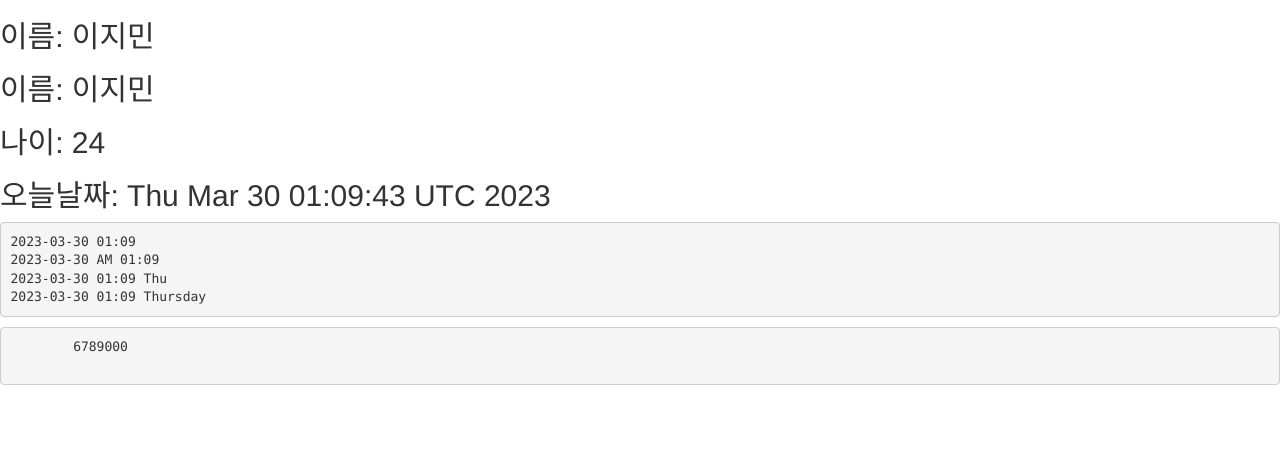
Repository: jungbee2/jungproject
Page: http://localhost/JstlProject/day0330/ex2_jstl_format.jsp
An editor plug-in stored every save of this project. The page is shown before and after a run of saves, followed by the edit.
The browser window is 1280 px wide. The pictures show the whole page.
Some web fonts or font styles are not loaded; a fallback is used. The page is served by Tomcat 9. Other server files are loaded and not shown.

Above is the page before, as saved 2023-03-30 01:33:01.

### JstlProject/src/main/webapp/day0330/ex2_jstl_format.jsp
<%@page import="java.util.Date"%>
<%@ page language="java" contentType="text/html; charset=utf-8"
	pageEncoding="utf-8"%>
<%@ taglib uri="http://java.sun.com/jsp/jstl/core" prefix="c"%>
<%@ taglib uri="http://java.sun.com/jsp/jstl/fmt" prefix="fmt"%>
<!DOCTYPE html>
<html>
<head>
<meta charset="utf-8">
<title>Insert title here</title>

<link
	href="https://fonts.googleapis.com/css2?family=Anton&family=Edu+VIC+WA+NT+Beginner:wght@600&family=Gamja+Flower&family=Single+Day&family=Jua&family=Nanum+Pen+Script&display=swap"
	rel="stylesheet">
<link rel="stylesheet"
	href="https://maxcdn.bootstrapcdn.com/bootstrap/3.4.1/css/bootstrap.min.css">
<script src="https://code.jquery.com/jquery-3.6.3.js"></script>

</head>

<body>
<!-- 변수선언 -->
<c:set var="name" value="이지민"></c:set>
<c:set var="age" value="24"></c:set>
<c:set var="today" value="<%=new Date() %>"/>

<!-- 변수출력 -->
<!-- c:out이 변수출력인데 생략가능 -->
<h2>이름: <c:out value="${name }"/></h2>
<h2>이름: ${name }</h2>
<h2>나이: ${age }</h2>
<h2>오늘날짜: ${today }</h2>

<!-- pattern을 이용한 fmt날짜 형식 -->
<pre>
<fmt:formatDate value="${today }" pattern="yyyy-MM-dd HH:mm"/>
<fmt:formatDate value="${today }" pattern="yyyy-MM-dd a hh:mm"/>
<fmt:formatDate value="${today }" pattern="yyyy-MM-dd HH:mm EEE"/>
<fmt:formatDate value="${today }" pattern="yyyy-MM-dd HH:mm EEEE"/>
</pre>

<c:set var="money" value="6789000"></c:set>
<c:set var="num1" value="123.45678"></c:set>

<!-- jstl에서의 숫자출력양식 -->
<pre>
	${money }

</pre>
</body>
</html>

After the next 2 saves:
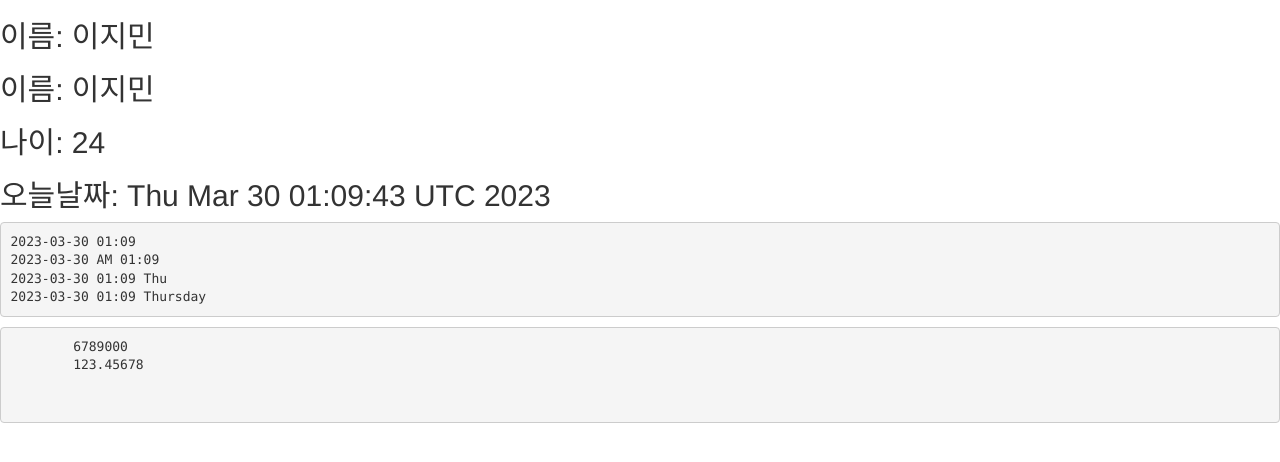
The 2 saves are shown as one change because they came seconds apart.
The last was saved 10 s later.
--- a/JstlProject/src/main/webapp/day0330/ex2_jstl_format.jsp
+++ b/JstlProject/src/main/webapp/day0330/ex2_jstl_format.jsp
@@ -45,6 +45,8 @@
 <!-- jstl에서의 숫자출력양식 -->
 <pre>
 	${money }
+	${num1 }
+
 
 </pre>
 </body>
